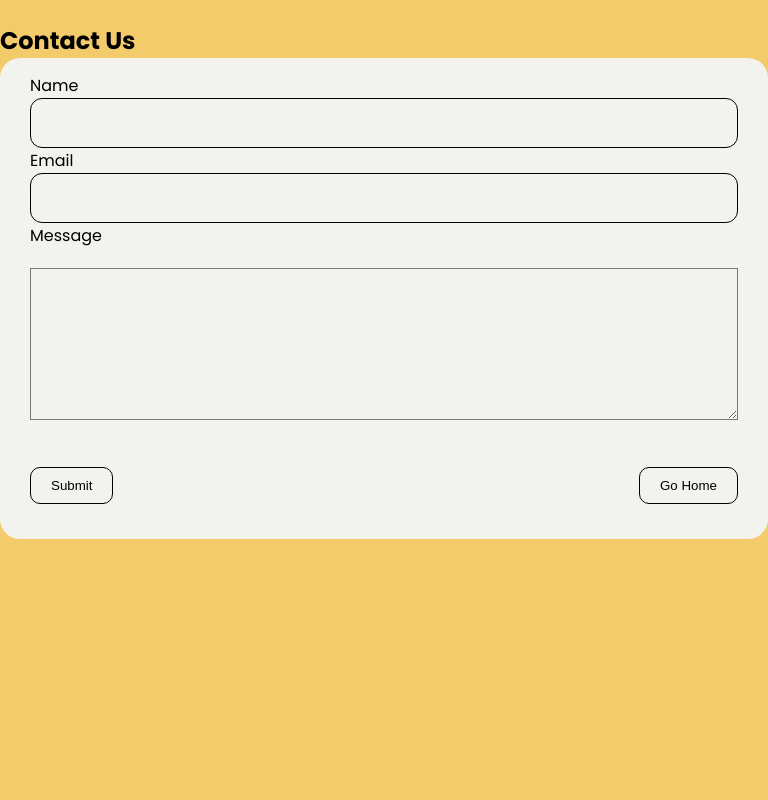
Repository: ble-syn/Random-user-generator-app
Page: /contact
The author's editor kept a copy of each file at every save. The page is drawn from the files as they stood at one save, then again after the next save.
The browser window is 768 px wide. The pictures show the whole page.
The project was rebuilt for these pictures with package versions that can differ from the ones it lists, and the page was loaded fresh each time. Also part of the build but not shown: src/components/Navbar.jsx, src/components/pagination.jsx, src/components/User.jsx, src/pages/Home.jsx, src/components/ErrorFallback.jsx, src/pages/About.jsx, src/pages/Vision.jsx, src/pages/Mission.jsx and 1 more.

Above is the page before, as saved 2022-10-28 19:54:21.

### src/index.css
@import url("https://fonts.googleapis.com/css2?family=Poppins:ital,wght@0,200;0,300;0,400;0,500;0,600;0,700;1,400&display=swap");
*{
  margin: 0;
  padding: 0;
  box-sizing: border-box;
}
a {
  text-decoration: none;
  color: #000;
}
ul{
  list-style: none;
}
body {
  background-color: #F4CB6B;
  font-family: "Poppins", sans-serif;
}
button {
  margin: 20px 0;
  padding:10px 20px;
  background: none;
  border-radius: 10px;
  border: 1px solid black;
}

.container {
  width: 100%;
  max-width: 1300px;
  margin: 3% auto;

}

nav {
  display: flex;
  justify-content: first baseline;
  margin-bottom: 100px;
}
.logo{
  margin-right: 5px;
}
.menu {
  margin: 0 20px;
}

.home-container{
  display: flex;
  align-items: center;
}
/* LEFT STYLES */
#left {
  flex: 5;
}
#left h1 {
  font-size: 3rem;
  font-weight: 700;
  margin-bottom: 20px;
}
#left p {
  font-size: 1.2rem;
  margin-bottom: 20px;
}
.search-input {
  width: 80%;
  background-color: #dadada;
  border-radius: 12px;
  border: none;
  display: flex;
  place-items: center;
  padding-left: 15px;
  margin: 50px 0;
}
.search-input input{
  border: none;
}
input {
  border: 1px solid black;
  border-radius: 12px;
  background-color: inherit;
  width: 100%;
  height: 50px;
  padding-left: 5px;
  font-size: 20px;
}
input:focus {
  outline: none;
}
input::placeholder {
  color: #171717;
}
.user-link-cont {
  margin-top: 70px;
}
.user-link{
  margin-right: 80px;
  padding: 30px;
  border-radius: 10px;
  color: #FFF;
  cursor: pointer;
  border: none;
  box-shadow: 0px 2px 5px  rgba(0, 0, 0, 0.5);
}
.all-user {
  background-color: #BF9679;
}
.f-user{
  background-color: #F97661;
}
.m-user{
background-color: #8DCC50;
}

#right{
  height: 90vh;
  flex: 5;
  margin-left: 20px;
  background-color: #F2F2EF;
  border-radius: 20px;
  padding: 15px 30px;

}

.usercard {
  background-color: #F2F2EF;
  border-radius: 20px;
  display: flex;
  justify-content: space-between;
  align-items: center;
  padding: 20px;
  margin: 20px 0;
  box-shadow: 0px 2px 5px rgba(0, 0, 0, 0.5);
}

.usercard img {
 border: 5px solid #BF9679;;
  border-radius: 50%;
  margin: 5px 0;
}

.pagination {
  display: flex;
  justify-content: center;
  align-items: center;
  gap: 12px;
  margin: 20px 0;
}

.pagination-num {
  display: flex;
  justify-content: center;
  align-items: center;
  gap: 12px;
}

.pagination-child,
.prev,
.next {
  opacity: 1;
  border: 1px solid #000;
  padding: 8px 16px;
  cursor: pointer;
  border-radius: 10px;
  transition: all 0.3s ease;
}

.pagination-child:hover,
.prev:hover,
.next:hover {
  transform: scale(1.1);
}

.disabled {
  opacity: 0.5;
  cursor: not-allowed;
}
.notfound {
  display: flex;
  flex-direction: column;
  justify-content: center;
  align-items: center;
  height: 70vh;
  font-size: 2rem;
  font-weight: 700;
}
.notfound img{
  height: 200px;
}


textarea {
  width: 100%;
  margin: 20px 0;
  background: none;
}
.c-btn {
  display: flex;
  justify-content: space-between;
}
@media (max-width: 768px){
  .home-container{
    display: block;
  }
  #right{
    height: 100%;
    flex: 5;
    margin-left: 0;

    padding: 15px 30px;

  }
  .usercard {

    display: flex;
    justify-content: space-between;
    flex-wrap: wrap;
    align-items: center;
    padding: 20px;
    margin: 20px 0;

  }
}

### src/App.js
import { BrowserRouter as Router, Routes, Route, Navigate} from "react-router-dom";
import Navbar from "./components/Navbar";
import Home from "./pages/Home";
import About from "./pages/About";
import Policy from "./pages/Vision";
import Terms from "./pages/Mission";
import Contact from "./pages/Contact";
import NotFound from "./pages/NotFound";
import Mission from "./pages/Mission";
import Vision from "./pages/Vision";

function App() {
  return (
    <div className="container">
      <Router>
        <Routes>
          <Route path="/" element={<Home />} />
          <Route path="/about" element={<About />}>
            <Route path="mission" element={<Mission />} />
            <Route path="vision" element={<Vision />} />
          </Route>
          <Route path="/contact" element={<Contact />} />
          <Route path="/not-found" element={<NotFound />} />
          <Route path="*" element={<Navigate to="/not-found" />} />
        </Routes>
      </Router>

    </div>
  );
}

export default App;

### src/pages/Contact.jsx
import React from "react";
import {useNavigate} from "react-router-dom";

function Contact() {
  const navigate = useNavigate()
  const  goHome =(event) =>{
    event.preventDefault()
    navigate("/")
}
  return (
    <div className="home-container">
      <div id="left">
        <h2>Contact Us</h2>
      </div>

      <div id="right">
       <form>
          <label htmlFor="name">Name</label>
          <input type="text" name="name" id="name" />
          <label htmlFor="email">Email</label>
          <input type="email" name="email" id="email" />
          <label htmlFor="message">Message</label>
          <textarea name="message" id="message" cols="30" rows="10"></textarea>
          <div className="c-btn">
            <button type="submit">Submit</button>
            <button onClick={goHome}>Go Home</button>
          </div>

       </form>

      </div>
    </div>
  );
}

export default Contact;

Loaded but not shown: public/index.html (common file); src/index.js (common file); src/reportWebVitals.js (common file)

After the next save:
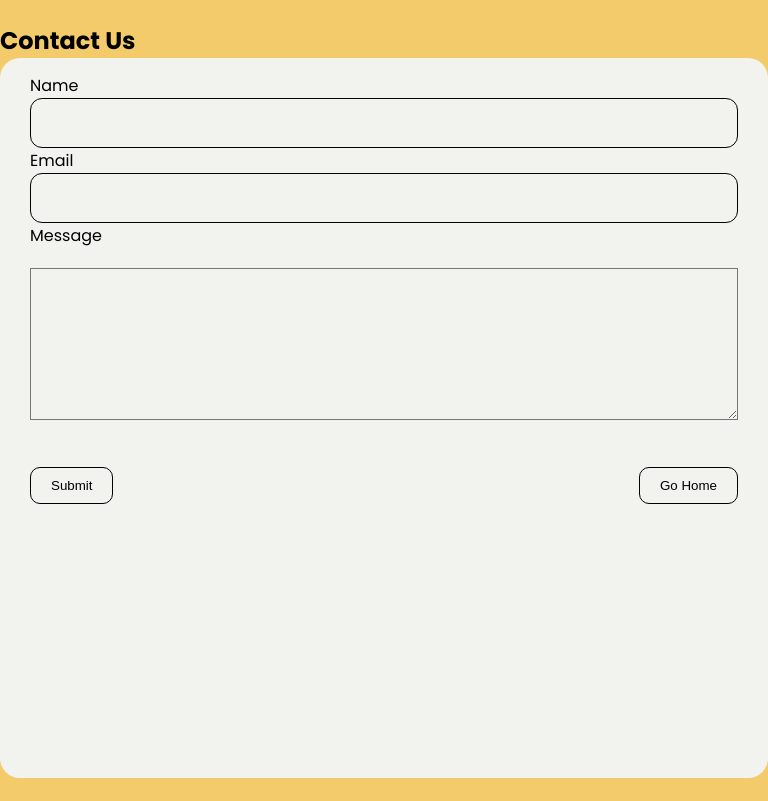
Saved 9 s later.
--- a/src/index.css
+++ b/src/index.css
@@ -200,7 +200,7 @@ textarea {
     display: block;
   }
   #right{
-    height: 100%;
+
     flex: 5;
     margin-left: 0;
 
